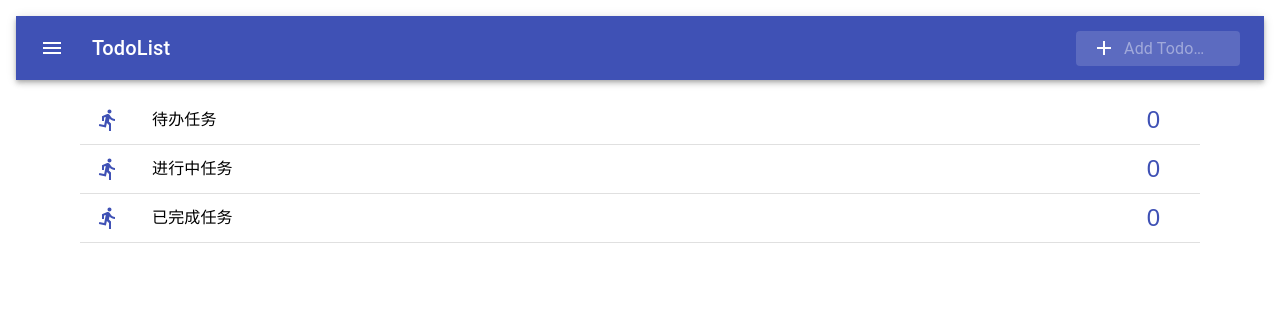
Repository: harperl71/TodoList
Page: /
An editor plug-in stored every save of this project. The page is shown before and after the next save, followed by the edit.
The browser window is 1280 px wide. The pictures show the whole page.
The project was rebuilt for these pictures with package versions that can differ from the ones it lists, and the page was loaded fresh each time. Also part of the build but not shown: src/components/content/task-item/index.tsx.

Above is the page before, as saved 2021-05-21 10:19:45.

After the next save:
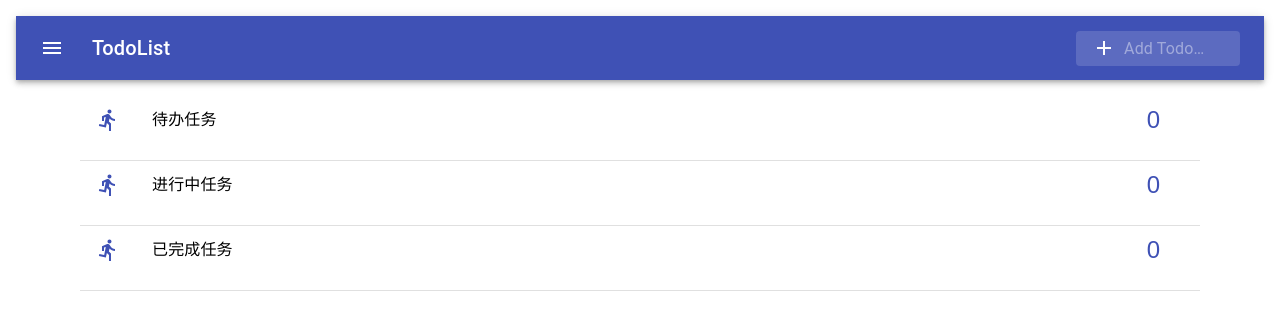
Saved 21 s later.
--- a/src/components/content/task-list/index.tsx
+++ b/src/components/content/task-list/index.tsx
@@ -65,7 +65,7 @@ const TaskList = ({ title, status }: Iprops) => {
           }
         </IconButton>
       </ListItem>
-      <ListItem className={classes.listContent}>
+      <ListItem className={title}>
         {todoList
           .filter((item) => {
             return item.status === status;
@@ -73,7 +73,6 @@ const TaskList = ({ title, status }: Iprops) => {
           .map((item) => {
             return <TaskItem />;
           })}
-        {todoList}
       </ListItem>
       <Divider />
     </List>
